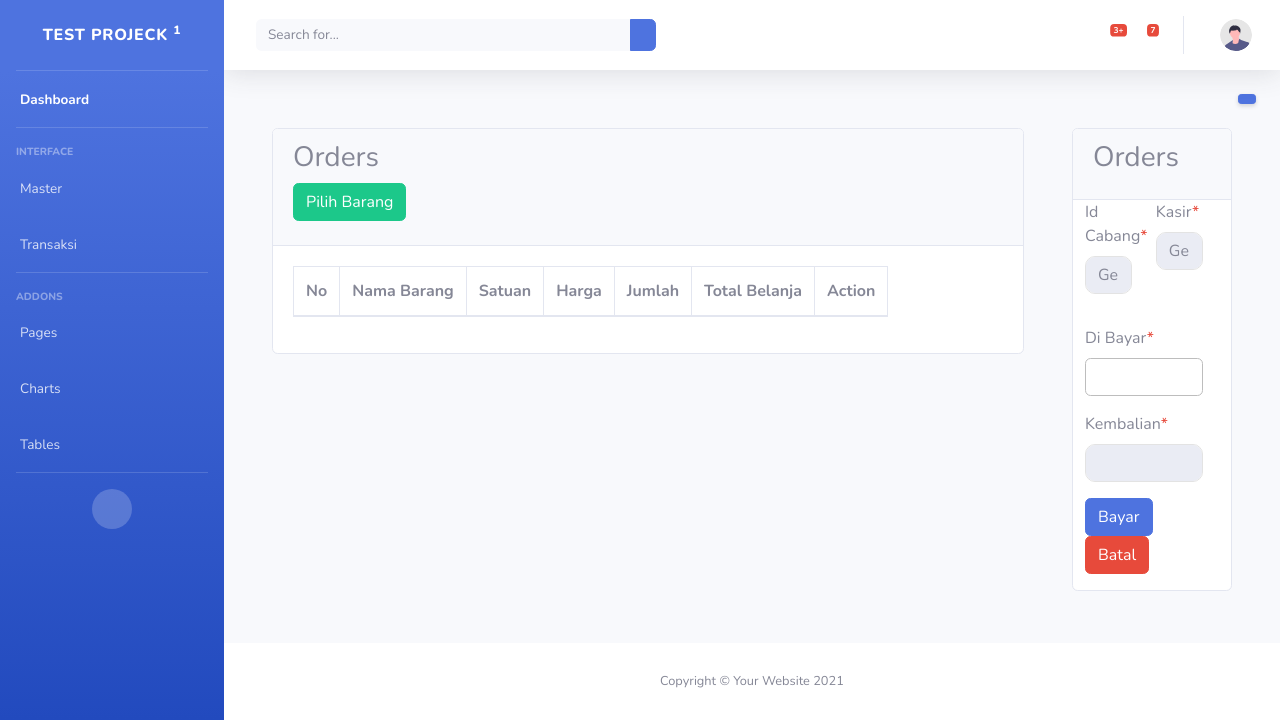
Repository: sellayspy/laravel123
Page: http://localhost/transaksis
These files come from the project's save history. The page is drawn as it stood at one moment and after the next save; the edit follows.
The browser window is 1280 px wide. The pictures show the whole page.
The page is served by the project's Laravel application, run on PHP 8.4 with Laravel 10. Queries for data that is not in the repository find no rows.

Above is the page before, as saved 2023-10-30 13:06:56.
Console error: ReferenceError: jQuery is not defined

After the next save:
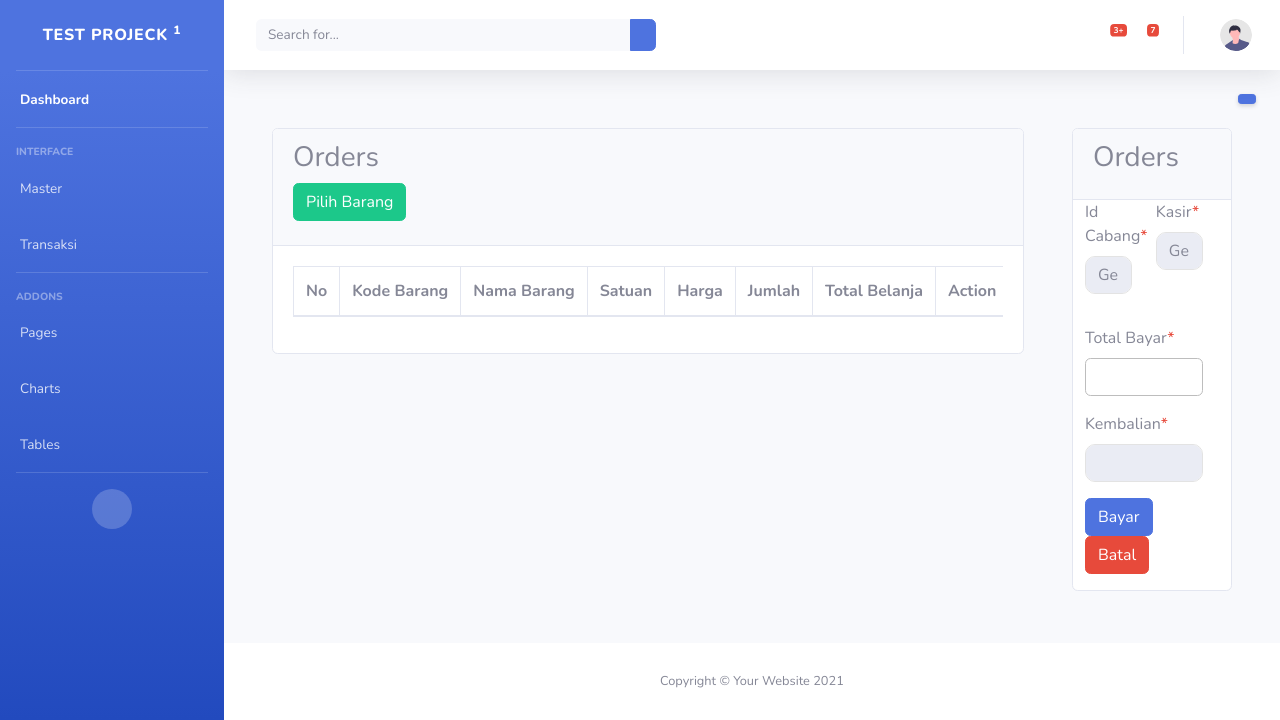
Saved 102 s later.
--- a/resources/views/transaksi/index.blade.php
+++ b/resources/views/transaksi/index.blade.php
@@ -33,6 +33,7 @@
                                     <thead>
                                         <tr>
                                             <th>No</th>
+                                            <th>Kode Barang</th>
                                             <th>Nama Barang</th>
                                             <th>Satuan</th>
                                             <th>Harga</th>
@@ -172,7 +173,7 @@
                     </div>
                     <div class="col-md-10">
                         <div class="form-group cash-all-lunas">
-                            <label>Di Bayar<span class="text-danger">*</span>
+                            <label>Total Bayar<span class="text-danger">*</span>
                             </label>
                             <input type="text" id="cash" name="cash" onkeyup="getcashback(this.value)"
                                 class="form-control rupiah" min="0" max="100" required>
